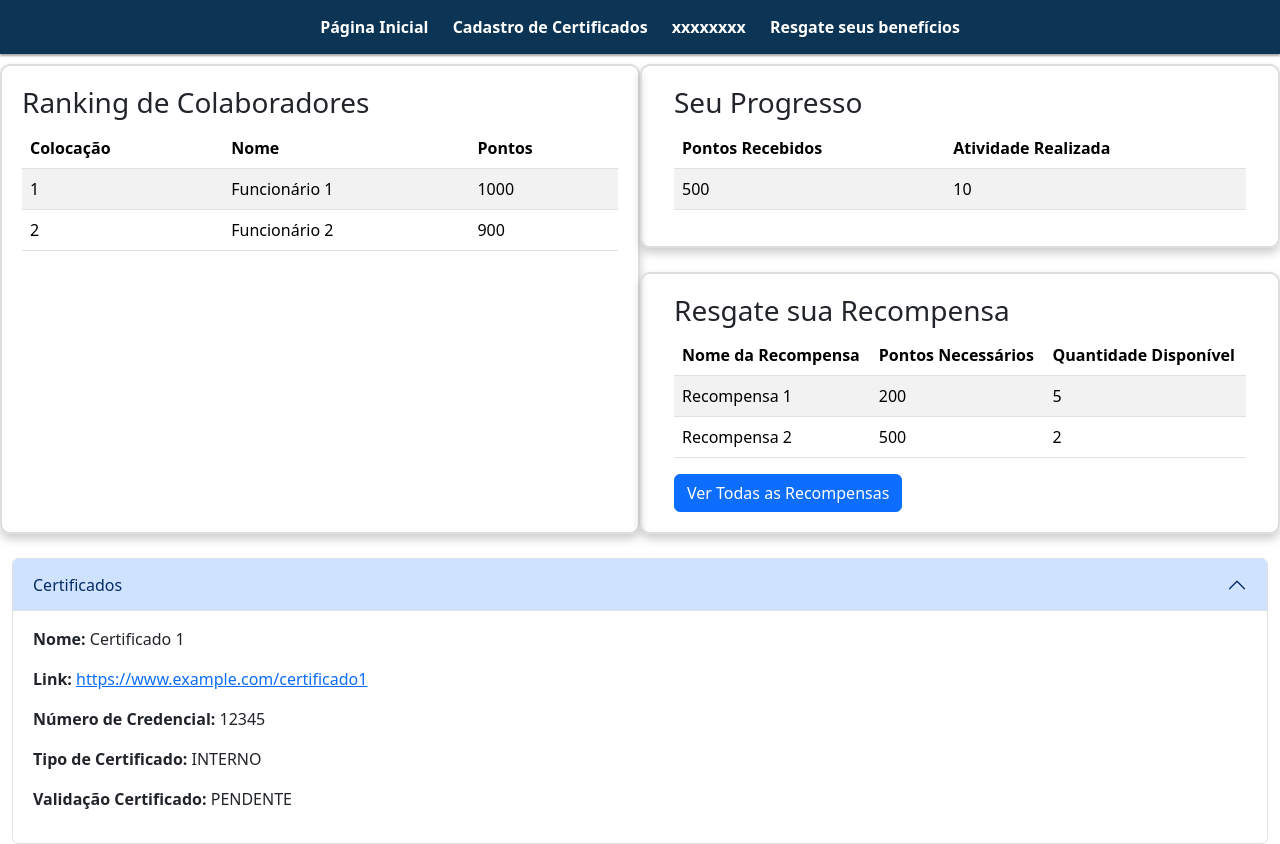
Repository: mumuryllo/ProjetoZupPointsCatalisa5
Page: ZuPointsCatalisa5 Front-End/colaborador.html
An editor plug-in stored every save of this project. The page is shown before and after the next save, followed by the edit.
The browser window is 1280 px wide. The pictures show the whole page.

Above is the page before, as saved 2023-10-10 19:33:11.

### ZuPointsCatalisa5 Front-End/colaborador.html
<!DOCTYPE html>
<html lang="en">
<head>
    <meta charset="UTF-8">
    <meta name="viewport" content="width=device-width, initial-scale=1.0">
    <title>Página de Funcionários</title>

    <link href="https://cdn.jsdelivr.net/npm/bootstrap@5.3.2/dist/css/bootstrap.min.css" rel="stylesheet"
        integrity="sha384-T3c6CoIi6uLrA9TneNEoa7RxnatzjcDSCmG1MXxSR1GAsXEV/Dwwykc2MPK8M2HN" crossorigin="anonymous">


      <link rel="stylesheet" href="style/nav-bar.css">

    <!-- Custom CSS for Styling -->
    <style>
        .custom-border {
            border: 2px solid #ddd;
            border-radius: 10px;
            padding: 20px;
            box-shadow: 0px 5px 10px rgba(0, 0, 0, 0.2);
        }
        .mb-4 {
            margin-bottom: 2rem;
        }
    </style>
</head>
<body>
    <!-- Cabeçalho -->


    <nav>
        <a href="index.html">Página Inicial</a>
        <a href="./cadastro_certificado.html">Cadastro de Certificados</a>
        <a href="buscarTodos.html">xxxxxxxx</a>
        <a href="buscarEspecifico.html">Resgate seus benefícios</a>
    </nav>

    <div class="container-fluid">
        <div class="row">
            <!-- Coluna da esquerda com o ranking -->
            <div class="col-md-6 custom-border mb-4">
                <h3>Ranking de Colaboradores</h3>
                <table class="table table-striped">
                    <thead>
                        <tr>
                            <th>Colocação</th>
                            <th>Nome</th>
                            <th>Pontos</th>
                        </tr>
                    </thead>
                    <tbody>
                        <tr>
                            <td>1</td>
                            <td>Funcionário 1</td>
                            <td>1000</td>
                        </tr>
                        <tr>
                            <td>2</td>
                            <td>Funcionário 2</td>
                            <td>900</td>
                        </tr>
                        <!-- Adicione mais linhas conforme necessário -->
                    </tbody>
                </table>
            </div>

            <!-- Coluna da direita com divisão vertical -->
            <div class="col-md-6">
                <!-- Parte superior - Seu Progresso -->
                <div class="row justify-content-center custom-border mb-4" style="max-height: 50vh; overflow-y: auto;">
                    <div class="col-12">
                        <h3>Seu Progresso</h3>
                        <div class="table-responsive">
                            <table class="table table-striped">
                                <thead>
                                    <tr>
                                        <th>Pontos Recebidos</th>
                                        <th>Atividade Realizada</th>
                                    </tr>
                                </thead>
                                <tbody>
                                    <tr>
                                        <td>500</td>
                                        <td>10</td>
                                    </tr>
                                    <!-- Adicione mais linhas conforme necessário -->
                                </tbody>
                            </table>
                        </div>
                    </div>
                </div>



                <!-- Divisão vertical -->
                <div class="row">
                    <div class="col-12 border-right">
                        <!-- Parte inferior - Resgate sua Recompensa -->
                        <div class="row justify-content-center custom-border mb-4" style="max-height: 50vh; overflow-y: auto;">
                            <div class="col-12">
                                <h3>Resgate sua Recompensa</h3>
                                <div class="table-responsive">
                                    <table class="table table-striped">
                                        <thead>
                                            <tr>
                                                <th>Nome da Recompensa</th>
                                                <th>Pontos Necessários</th>
                                                <th>Quantidade Disponível</th>
                                            </tr>
                                        </thead>
                                        <tbody>
                                            <tr>
                                                <td>Recompensa 1</td>
                                                <td>200</td>
                                                <td>5</td>
                                            </tr>
                                            <tr>
                                                <td>Recompensa 2</td>
                                                <td>500</td>
                                                <td>2</td>
                                            </tr>
                                            <!-- Adicione mais linhas conforme necessário -->
                                        </tbody>
                                    </table>
                                </div>
                                <button class="btn btn-primary text-center">Ver Todas as Recompensas</button>
                            </div>
                        </div>
                    </div>
                </div>
            </div>
        </div>

        <div class="accordion" id="certificadosAccordion">
            <div class="accordion-item">
                <h2 class="accordion-header" id="certificado1Heading">
                    <button class="accordion-button" type="button" data-bs-toggle="collapse" data-bs-target="#certificado1Collapse" aria-expanded="true" aria-controls="certificado1Collapse">
                        Certificados
                    </button>
                </h2>
                <div id="certificado1Collapse" class="accordion-collapse collapse show" aria-labelledby="certificado1Heading" data-bs-parent="#certificadosAccordion">
                    <div class="accordion-body">
                        <p><strong>Nome:</strong> Certificado 1</p>
                        <p><strong>Link:</strong> <a href="https://www.example.com/certificado1">https://www.example.com/certificado1</a></p>
                        <p><strong>Número de Credencial:</strong> 12345</p>
                        <p><strong>Tipo de Certificado:</strong> INTERNO</p>
                        <p><strong>Validação Certificado:</strong> PENDENTE</p>
                    </div>
                </div>
            </div>

    </div>
    <script src="./js/listarCertificado.js"></script>
<script src="https://cdn.jsdelivr.net/npm/bootstrap@5.3.2/dist/js/bootstrap.bundle.min.js" integrity="sha384-C6RzsynM9kWDrMNeT87bh95OGNyZPhcTNXj1NW7RuBCsyN/o0jlpcV8Qyq46cDfL" crossorigin="anonymous"></script>
</body>
</html>

### ZuPointsCatalisa5 Front-End/style/nav-bar.css
:root {
    --cor0: #0e1a33;
    --cor1: #061b2c;
    --cor2: #0c3455;
    --cor3: #8dc63F;
    --cor4: #40ba84;
    --cor5: #ef4123;
    --cor6: #f7941e;
    --cor7: #909090;
    --cor8: #ffffff;

    --fonte-padrao: Arial, Verdana, Helvetica, sans-serif;
    --fonte-destaque: 'Bebas Neue', cursive;
}

header {
    background-image: linear-gradient(to bottom, var(--cor0), var(--cor2));
    text-align: center;
    min-height: 150px;
    padding-top: 30px;
}

header>h1 {
    color: var(--cor8);
    font-weight: normal;
    font-size: 3em;
    margin-bottom: 20px;
    text-shadow: 2px 2px 0 rgba(0, 0, 0, 0.466);
}

header>p {
    color: var(--cor8);
    font-size: 1.2em;
    padding-left: 10px;
    padding-right: 10px;
    margin: auto;
    padding-bottom: 20px;
    text-shadow: 2px 2px 0 rgba(0, 0, 0, 0.466);
}

nav {
    background-color: var(--cor2);
    padding: 15px;
    box-shadow: 0px 2px 2px #0000005b;
    text-align: center;
    margin-bottom: 10px;
}

nav a {
    color: var(--cor8);
    padding: 10px;
    text-decoration: none;
    font-weight: bold;
    transition-duration: 0.5s;
}

nav a:hover {
    border-bottom: 5px solid var(--cor3);
    padding-bottom: 2px;
    text-decoration: none;/
}

Loaded but not shown: ZuPointsCatalisa5 Front-End/js/listarCertificado.js (no stored copy; drawn as an empty file)

After the next save:
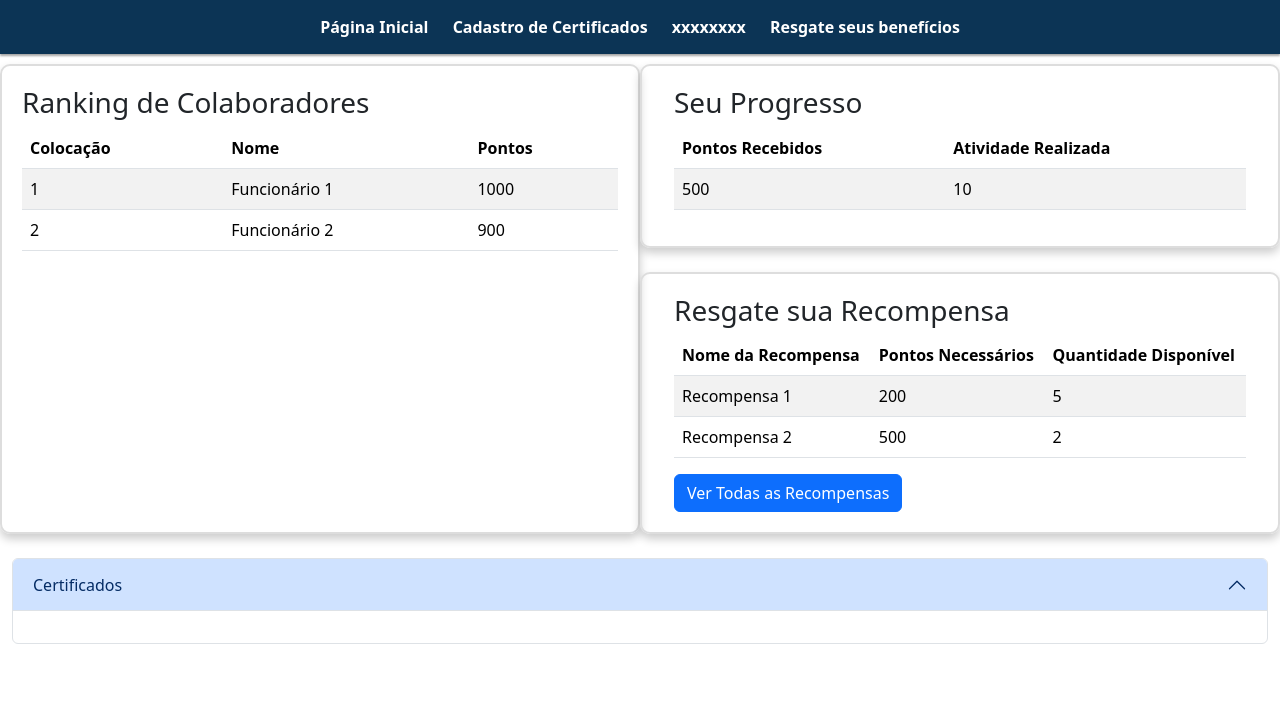
Saved 2 min 53 s later.
--- a/ZuPointsCatalisa5 Front-End/colaborador.html
+++ b/ZuPointsCatalisa5 Front-End/colaborador.html
@@ -140,11 +140,7 @@
                 </h2>
                 <div id="certificado1Collapse" class="accordion-collapse collapse show" aria-labelledby="certificado1Heading" data-bs-parent="#certificadosAccordion">
                     <div class="accordion-body">
-                        <p><strong>Nome:</strong> Certificado 1</p>
-                        <p><strong>Link:</strong> <a href="https://www.example.com/certificado1">https://www.example.com/certificado1</a></p>
-                        <p><strong>Número de Credencial:</strong> 12345</p>
-                        <p><strong>Tipo de Certificado:</strong> INTERNO</p>
-                        <p><strong>Validação Certificado:</strong> PENDENTE</p>
+
                     </div>
                 </div>
             </div>
